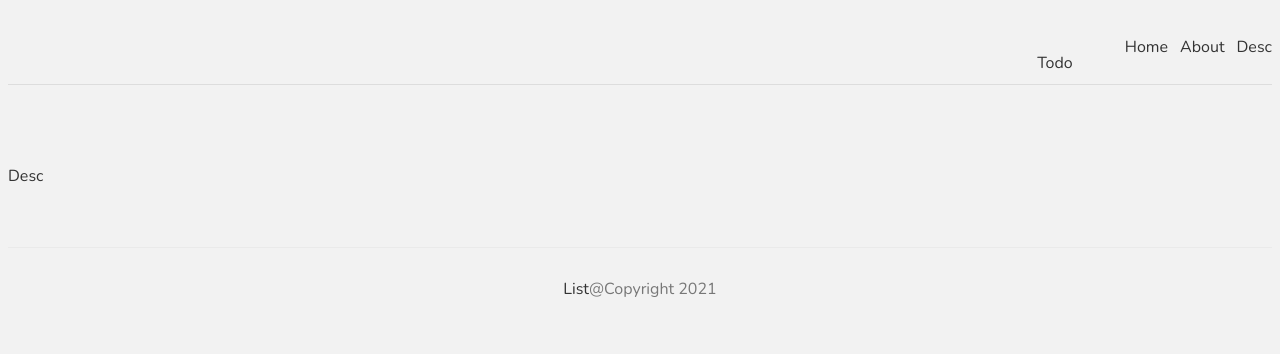
Repository: AmulyaReddy99/todolist-nextjs
Page: /desc/desc
The author's editor kept a copy of each file at every save. The page is drawn from the files as they stood at one save, then again after the next save.
The browser window is 1280 px wide. The pictures show the whole page.
The project was rebuilt for these pictures with package versions that can differ from the ones it lists, and the page was loaded fresh each time. The framework's server and built-in components were replaced by stand-ins that run in the browser. Also part of the build but not shown: next.config.js.

Above is the page before, as saved 2021-07-26 12:00:02.

After the next save:
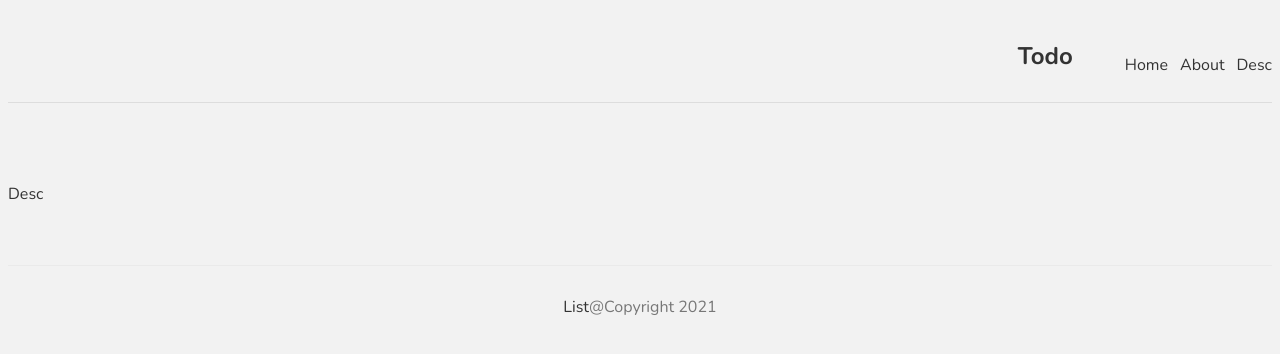
Saved 40 s later.
--- a/comps/header.js
+++ b/comps/header.js
@@ -5,7 +5,7 @@ const Header = () => {
         <div>
             <nav>
                 <div>
-                    Todo
+                    <h1>Todo</h1>
                 </div>
                 <ul>
                     <Link href="/">Home</Link>
